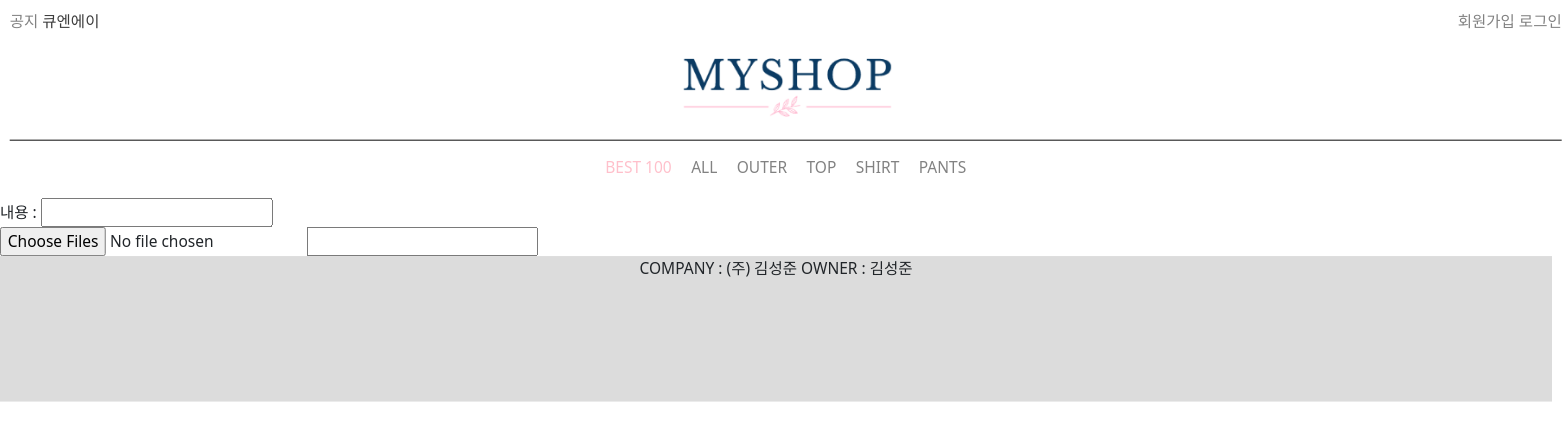
Repository: kkj53051000/MyShop
Page: http://localhost/myshop/WEB-INF/views/review-upload.jsp
An editor plug-in stored every save of this project. The page is shown before and after the next save, followed by the edit.
The browser window is 1280 px wide. The page is 1610 px wide, so the pictures cover 1610 px, including what lies to the right of the window. The pictures show the whole page, at 97% of full size.
The page is served by Tomcat 9. Nobody is signed in. Other server files are loaded and not shown. The template is opened directly, without the code that normally fills it, so the values that code supplies are empty.

Above is the page before, as saved 2021-02-27 06:36:58.

### myshop/src/main/webapp/WEB-INF/views/review-upload.jsp
<%@ page language="java" contentType="text/html; charset=UTF-8"
    pageEncoding="UTF-8"%>
<!DOCTYPE html>
<html>
<head>
<meta http-equiv="Content-Type" content="text/html; charset=UTF-8">
<meta charset="UTF-8">
<title>Insert title here</title>
</head>
<body>
	<%@ include file="common/header.jsp" %>
	<div>
		<div>
			<form>
				내용 : <input name="content"/><br/>
				<input name="img" type="file" multiple="multiple"/>
				<input name="productid type="hidden"/>
			</form>
		</div>
	</div>
	<%@ include file="common/footer.jsp" %>
</body>
</html>

### myshop/src/main/webapp/WEB-INF/views/common/header.jsp
<%@ page language="java" contentType="text/html; charset=UTF-8" pageEncoding="UTF-8"%>
<%@ taglib prefix="c" uri="http://java.sun.com/jsp/jstl/core" %>
<!DOCTYPE html>
<html>
<head>
	<meta charset="UTF-8">
	<title>Header</title>
	<style>
		.header{
			margin: 10px;

			min-width: 1600px;
		}
		.header_top{
			display: flex;
			flex-direction: row;
			justify-content: space-between;

			color: #3c3c3c;
		}
		.header_center{
			display: flex;
			justify-content: center;
			margin-bottom: 5px;
			border-bottom: 1px solid black;
		}
		.header_center_img{
			height: 100px;
		}
		.header_left{

		}
		.header_right{

		}
		.header_footer{

			width: 100%;
			display: flex;
			justify-content: center;

			<!-- position: fixed; -->


			color: #828282;
		}
		.header_footer > span{
			margin: 10px;
		}
		img{
			margin-bottom: 10px;
		}

		a:link {text-decoration:none; color: #828282;}
		a:visited {text-decoration:none; color: #828282;}
		a:hover {text-decoration:none; color: #828282;}
	</style>
	<link href="https://cdn.jsdelivr.net/npm/bootstrap@5.0.0-beta2/dist/css/bootstrap.min.css" rel="stylesheet" integrity="sha384-BmbxuPwQa2lc/FVzBcNJ7UAyJxM6wuqIj61tLrc4wSX0szH/Ev+nYRRuWlolflfl" crossorigin="anonymous">
</head>
<body>
	<div class="header">
		<div class="header_top">
			<div class="header_left">
				<span><a href="/notice/list">공지</a></span>
				<span>큐엔에이</span>
			</div>
			<div class="header_right">
				<c:if test="${user.role == 'USER'}">
					<!-- user, admin Check -->
				</c:if>

				<c:if test="${user == null}">
					<span><a href="/join">회원가입</a></span>
					<span><a href="/login">로그인</a></span>
				</c:if>
				<c:if test="${user != null}">
					<strong>관리자</strong>
					<span><a href="/admin/product-list">제품상세등록</a></span>
					<span><a href="/product-upload">제품등록</a></span>
					<span><a href="/order/list">주문내역</a></span>
					<span><a href="##">카트</a></span>
					<span><a href="##">마이페이지</a></span>
					<span><a href="/user/logout">로그아웃</a></span>
				</c:if>
			</div>
		</div>
		<div class="header_center">
			<a href="/"><img class="header_center_img" src="/public/upload/logo.jpg"/></a>
		</div>
		<div class="header_footer">
			<span><a href="####" style="color: #ffc0cb;">BEST 100</a></span>
			<span><a href="/product/list?category=ALL">ALL</a></span>
			<span><a href="/product/list?category=OUTER">OUTER</a></span>
			<span><a href="/product/list?category=TOP">TOP</a></span>
			<span><a href="/product/list?category=SHIRT">SHIRT</a></span>
			<span><a href="/product/list?category=PANTS">PANTS</a></span>
		</div>
	</div>
</body>
</html>

### myshop/src/main/webapp/WEB-INF/views/common/footer.jsp
<%@ page language="java" contentType="text/html; charset=UTF-8"
    pageEncoding="UTF-8"%>
<!DOCTYPE html>
<html>
<head>
	<meta charset="UTF-8">
	<title>Insert title here</title>
	<style>
		.footer{
			display: flex;
			justify-content: center;
			background-color: #dcdcdc;
			height: 150px;

			min-width: 1600px;
		}
	</style>
</head>
<body>
	<div class="footer">
		<span>COMPANY : (주) 김성준 OWNER : 김성준</span>
	</div>
</body>
</html>

After the next save:
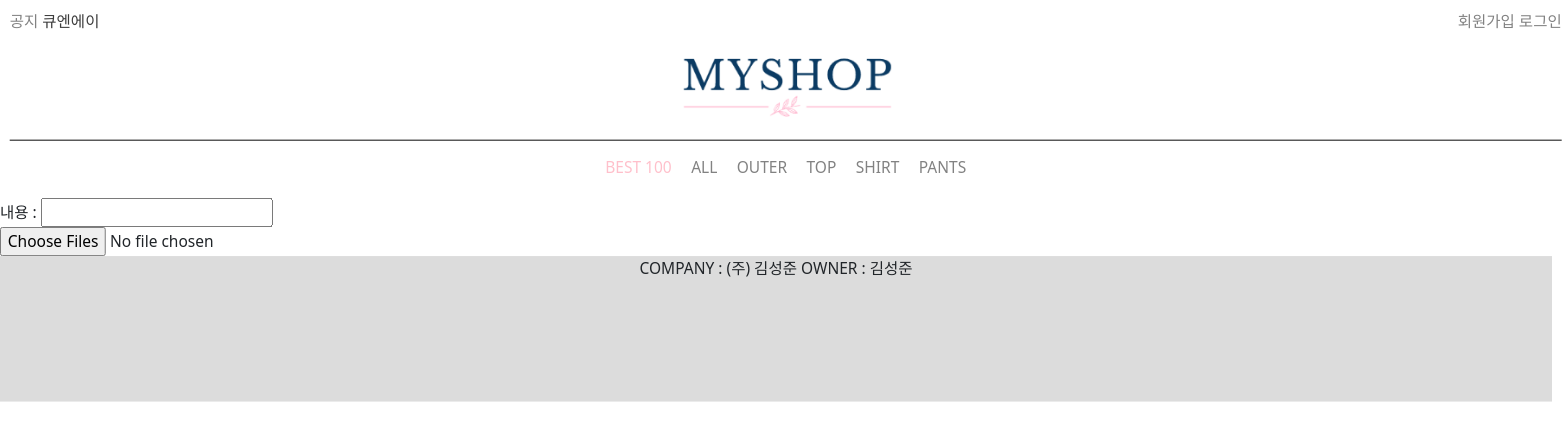
Saved 56 s later.
--- a/myshop/src/main/webapp/WEB-INF/views/review-upload.jsp
+++ b/myshop/src/main/webapp/WEB-INF/views/review-upload.jsp
@@ -14,7 +14,7 @@
 			<form>
 				내용 : <input name="content"/><br/>
 				<input name="img" type="file" multiple="multiple"/>
-				<input name="productid type="hidden"/>
+				<input name="productid" type="hidden"/>
 			</form>
 		</div>
 	</div>
